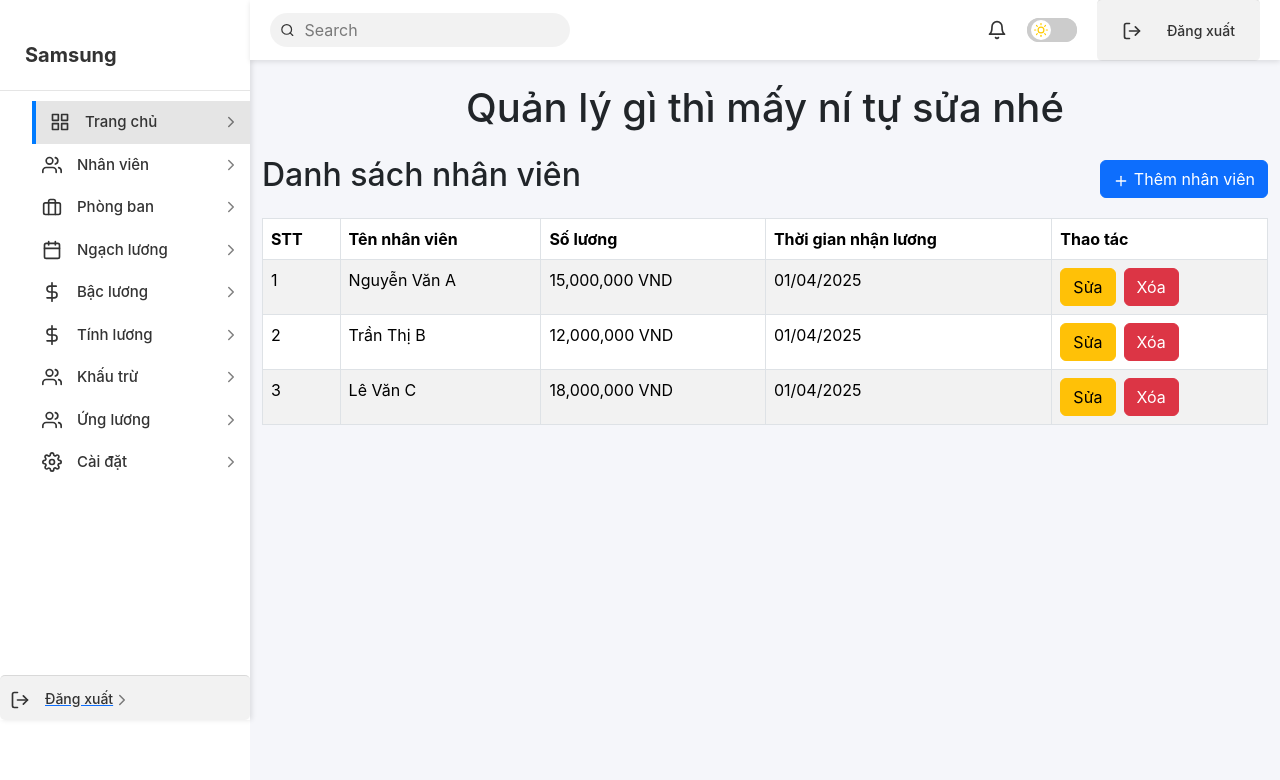
Repository: lenb2109136/HTTTQL
Page: /
An editor plug-in stored every save of this project. The page is shown before and after the next save, followed by the edit.
The browser window is 1280 px wide. The pictures show the whole page.
The project was rebuilt for these pictures with package versions that can differ from the ones it lists, and the page was loaded fresh each time.

Above is the page before, as saved 2025-03-28 13:21:17.

After the next save:
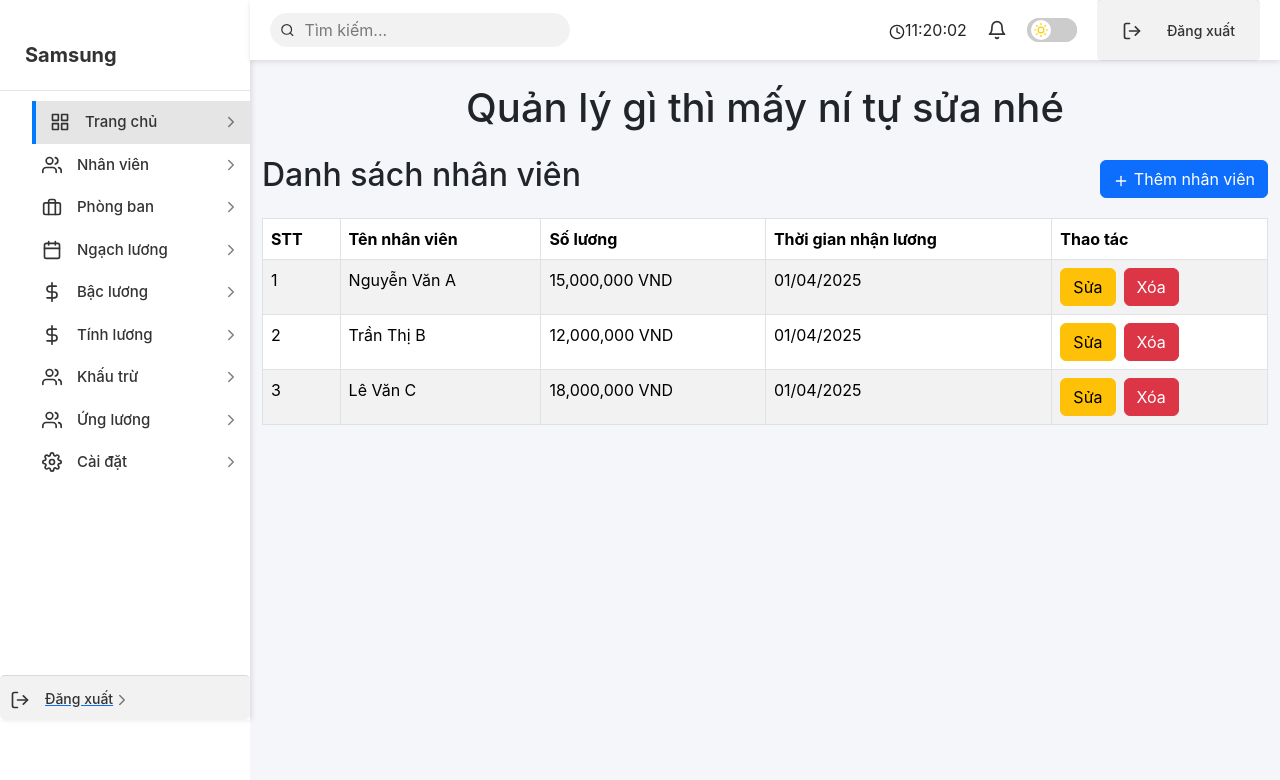
Saved 2 min 11 s later.
--- a/src/component/admin/Header-Admin.js
+++ b/src/component/admin/Header-Admin.js
@@ -1,11 +1,37 @@
 import React, { useState, useEffect } from 'react';
-import { FiSearch, FiLogOut, FiBell, FiSun, FiMoon } from 'react-icons/fi';
+import {
+  FiSearch,
+  FiLogOut,
+  FiBell,
+  FiSun,
+  FiMoon,
+  FiClock,
+} from 'react-icons/fi';
 import './admin-style/Header-Admin.css';
 
 const Header = () => {
   const [darkMode, setDarkMode] = useState(() => {
     return localStorage.getItem('theme') === 'dark';
   });
+
+  const [currentTime, setCurrentTime] = useState('');
+
+  useEffect(() => {
+    const updateTime = () => {
+      const now = new Date();
+      const formattedTime = now.toLocaleTimeString('vi-VN', {
+        hour: '2-digit',
+        minute: '2-digit',
+        second: '2-digit',
+      });
+      setCurrentTime(formattedTime);
+    };
+
+    updateTime(); // Cập nhật ngay khi component mount
+    const interval = setInterval(updateTime, 1000); // Cập nhật mỗi giây
+
+    return () => clearInterval(interval); // Xóa interval khi component unmount
+  }, []);
 
   const toggleTheme = () => {
     const newTheme = !darkMode;
@@ -14,25 +40,22 @@
     document.body.classList.toggle('dark-mode', newTheme);
   };
 
-  useEffect(() => {
-    if (darkMode) {
-      document.body.classList.add('dark-mode');
-    } else {
-      document.body.classList.remove('dark-mode');
-    }
-  }, [darkMode]);
-
   return (
     <div className="header">
       <div className="search-bar">
         <FiSearch className="search-icon" />
-        <input type="text" placeholder="Search" />
+        <input type="text" placeholder="Tìm kiếm..." />
       </div>
 
       <div className="header-right">
+        {/* Hiển thị ngày giờ hiện tại */}
+        <div className="current-time">
+          <FiClock className="clock-icon" />
+          <span>{currentTime}</span>
+        </div>
+
         <FiBell className="notification-icon" />
 
-        {/* Nút chuyển đổi chế độ sáng/tối với icon */}
         <div className="theme-toggle" onClick={toggleTheme}>
           <div className={`toggle-btn ${darkMode ? 'dark' : 'light'}`}>
             <div className="toggle-circle">
